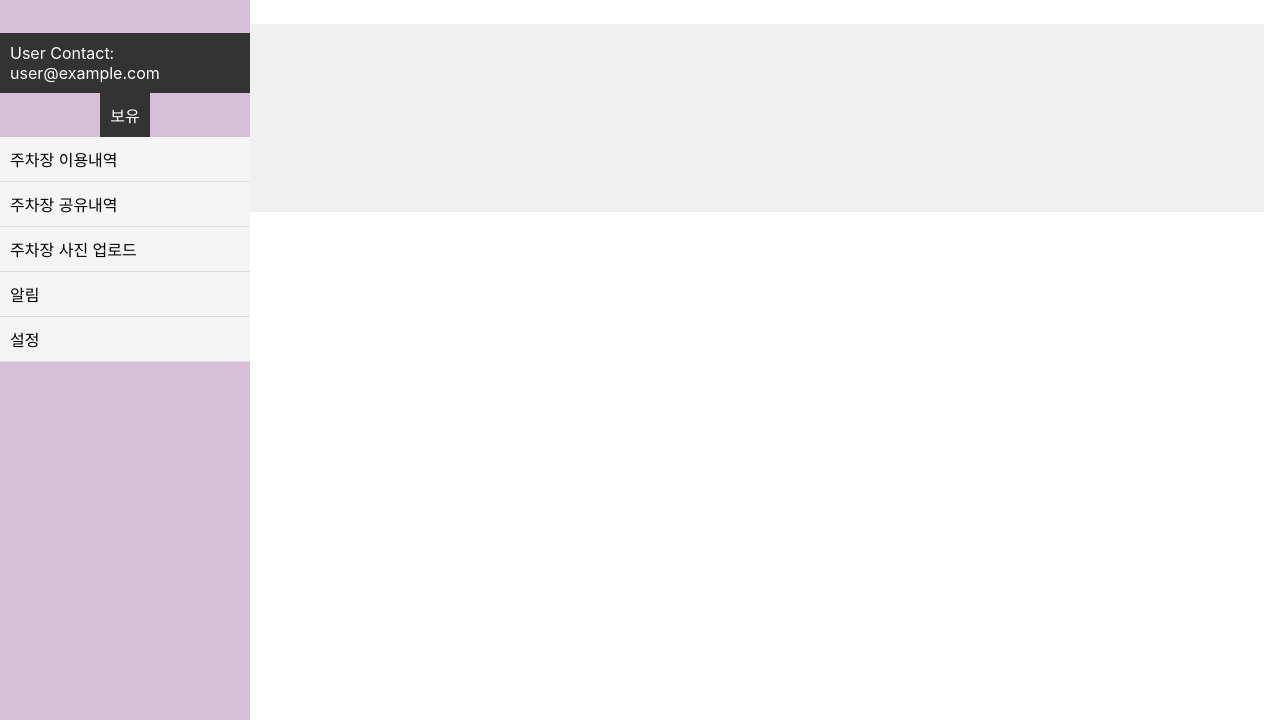
Repository: ohjjoa/reactTest
Page: /, after clicking the first element matching `img`
An editor plug-in stored every save of this project. The page is shown before and after the next save, followed by the edit.
The browser window is 1280 px wide. The pictures show the whole page.
The project was rebuilt for these pictures with package versions that can differ from the ones it lists, and the page was loaded fresh each time.

Above is the page before, as saved 2024-08-02 05:11:25.

### src/App.tsx
import { BrowserRouter as Router, Route, Routes } from 'react-router-dom';
import Home from './pages/Home';

function App() {
  return (
    <Router>
      <Routes>
        <Route path="/" element={<Home />} />
        {/* 다른 Route 추가 가능 */}
      </Routes>
    </Router>
  );
}

export default App;

### src/pages/Home/index.tsx
import React, { useState, useRef, useEffect } from 'react';
import { FixedSizeList as List } from 'react-window';
import { TestContainer, Sidebar, SidebarOpen } from './styles';
import icBurger from '../../assets/ic_burger.svg';

// 리스트 항목의 데이터
// const items = new Array(5).fill(null).map((_, index) => `Item ${index + 1}`);
// 리스트 항목의 데이터
const items = [
  '주차장 이용내역',
  '주차장 공유내역',
  '주차장 사진 업로드',
  '알림',
  '설정'
];

const Home = () => {
  const [sideBarOpen, setSideBarOpen] = useState(false);
  const sidebarRef = useRef<HTMLDivElement>(null);
  const backgroundRef = useRef<HTMLDivElement>(null);

  const burgerClick = () => {
    setSideBarOpen(!sideBarOpen);
  };

  const handleClickOutside = (event: MouseEvent | TouchEvent) => {
    if (
      sidebarRef.current &&
      !sidebarRef.current.contains(event.target as Node) &&
      backgroundRef.current &&
      !backgroundRef.current.contains(event.target as Node)
    ) {
      setSideBarOpen(false);
    }
  };

  useEffect(() => {
    const handleContextMenu = (event: MouseEvent) => {
      event.preventDefault(); // 기본 우클릭 메뉴 막기
      event.stopPropagation(); // 이벤트 전파 막기
      return false;
    };

    window.addEventListener('contextmenu', handleContextMenu);
    // 데스크탑 환경
    document.addEventListener('mousedown', handleClickOutside);
    // 모바일 환경
    document.addEventListener('touchstart', handleClickOutside);

    return () => {
      window.removeEventListener('contextmenu', handleContextMenu);
      document.removeEventListener('mousedown', handleClickOutside);
      document.removeEventListener('touchstart', handleClickOutside);
    };
  }, []);

  // 사이드바 아이템 렌더링
  const Row = ({ index, style }: { index: number; style: React.CSSProperties }) => (
    <div
    style={{
      backgroundColor: '#f5f5f5', // 아이템의 배경 색상
      padding: '10px', // 아이템의 패딩
      borderBottom: '1px solid #ddd', // 아이템 하단의 경계선 (선택 사항)
      boxSizing: 'border-box', // 패딩과 경계선이 요소의 전체 크기에 포함되도록
      color: '#000000'
    }}
  >
    {items[index]}
    </div>
  );

  return (
    <div ref={backgroundRef}>
      <TestContainer>
        <img
          src={icBurger}
          alt="Burger Icon"
          style={{
            maxWidth: '100%',
            height: 'auto',
            cursor: 'pointer',
            marginTop: '50px',
          }}
          onClick={burgerClick} // 클릭 이벤트로 사이드바 열기/닫기 처리
        />
      </TestContainer>

      {sideBarOpen && (
        <SidebarOpen ref={sidebarRef}
        style={{ display: 'flex', flexDirection: 'column' }}>
          <div style={{ padding: '10px', backgroundColor: '#333', color: '#fff' }}>
            User Contact: user@example.com
          </div>
          <div style={{ padding: '10px', backgroundColor: '#333', color: '#fff', maxWidth: '250px'}}>
            보유
          </div>
          <List
            height={550} // 사이드바의 높이에서 연락처의 높이를 제외한 값
            itemCount={items.length} // 아이템 수
            itemSize={50} // 아이템의 높이
            width={250} // 사이드바의 너비
          >
            {Row}
          </List>
        </SidebarOpen>
      )}
      {!sideBarOpen && (
        <Sidebar ref={sidebarRef}>
          <div>Sidebar Content</div>
        </Sidebar>
      )}
    </div>
  );
};

export default Home;

### src/pages/Home/styles.tsx
import { styled } from '@stitches/react';

const TestContainer = styled('div', {
  paddingLeft: '16px',
  paddingRight: '16px',
  marginTop: '24px',
  paddingBottom: '110px',
  backgroundColor: '#f0f0f0',
  marginLeft: '16px',
  marginRight: '16px',
});

const Sidebar = styled('div', {
  position: 'fixed',
  top: 0,
  left: '-250px', // 사이드바가 화면 밖으로 숨겨져 있도록 설정
  width: '250px',
  height: '100%',
  backgroundColor: '#D8BFD8',
  color: 'white',
  transition: 'left 0.3s ease', // 애니메이션 효과
  display: 'flex',
  alignItems: 'center',
  justifyContent: 'center',
  zIndex: 1000, // 사이드바가 다른 요소 위에 오도록 설정
});

const SidebarOpen = styled(Sidebar, {
  left: 0, // 사이드바가 화면에 보이도록 설정
});


export { TestContainer, Sidebar, SidebarOpen };

Loaded but not shown: public/index.html (common file); src/index.tsx (common file); src/index.css (common file); src/reportWebVitals.ts (common file)

After the next save:
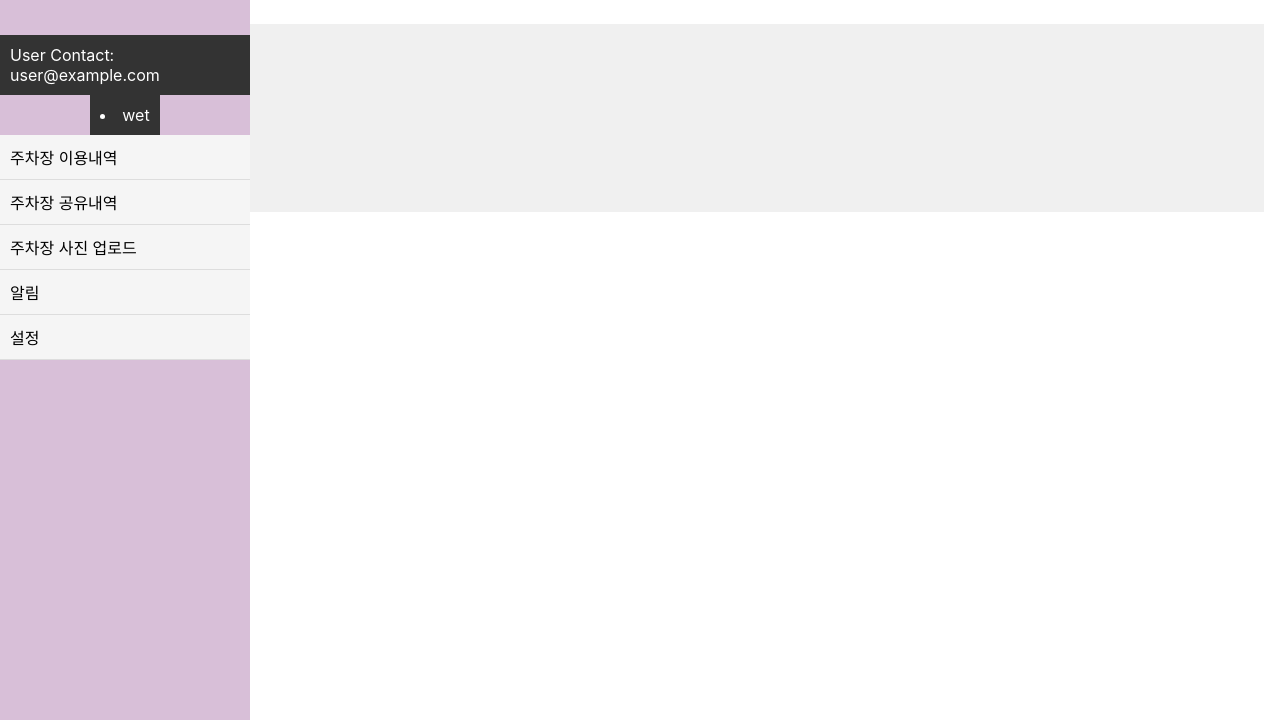
Saved 26 s later.
--- a/src/pages/Home/index.tsx
+++ b/src/pages/Home/index.tsx
@@ -92,7 +92,7 @@ const Home = () => {
             User Contact: user@example.com
           </div>
           <div style={{ padding: '10px', backgroundColor: '#333', color: '#fff', maxWidth: '250px'}}>
-            보유
+            <li>wet</li>
           </div>
           <List
             height={550} // 사이드바의 높이에서 연락처의 높이를 제외한 값
